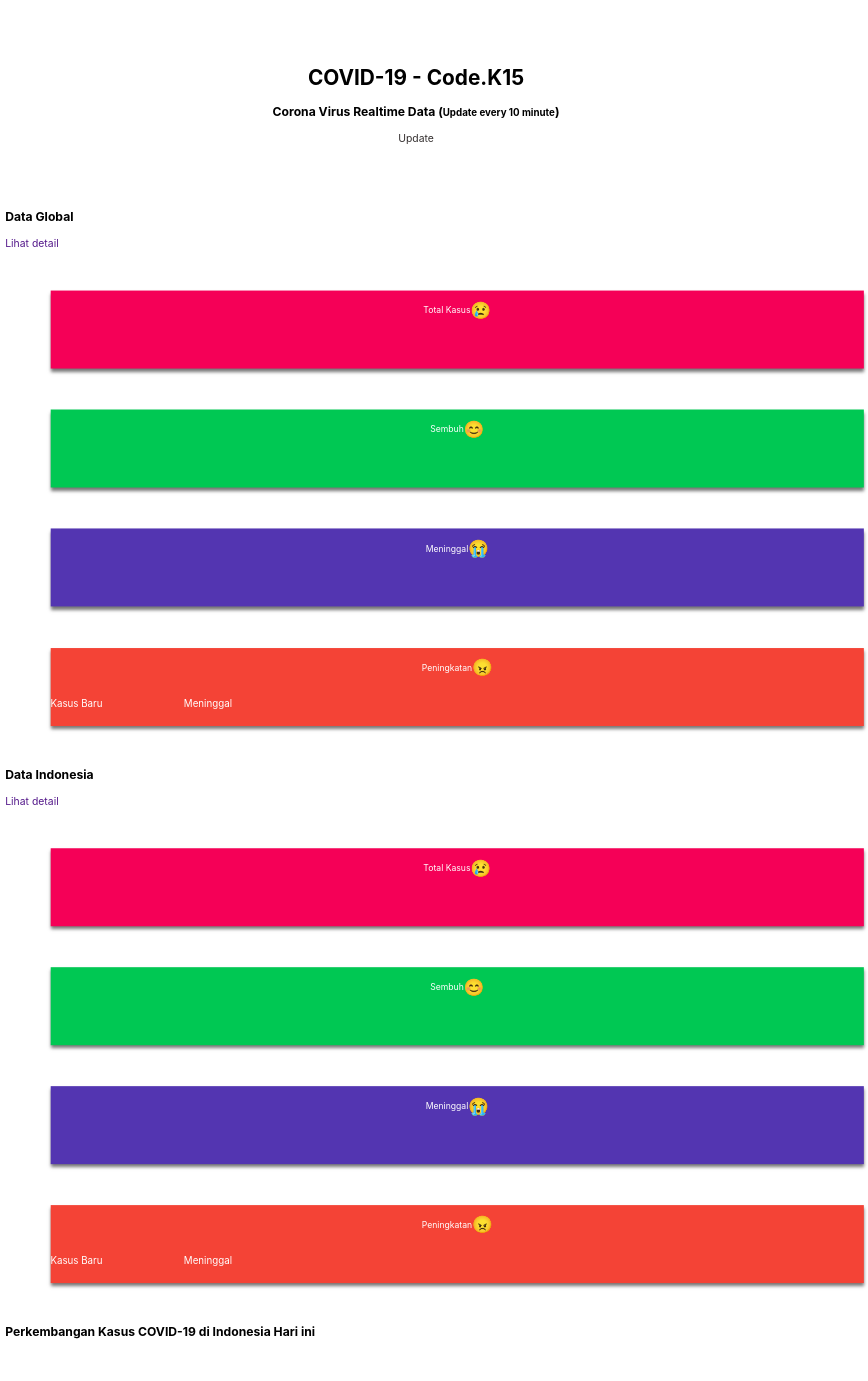
Repository: fathur15/covid19-monitoring
Page: http://localhost/covid19/apps/views/data/main/dashboard.php
An editor plug-in stored every save of this project. The page is shown before and after the next save, followed by the edit.
The browser window is 1280 px wide. The page is 1335 px wide, so the pictures cover 1335 px, including what lies to the right of the window. The pictures show the whole page, at 65% of full size.
The page is run by PHP 8.4 with error messages shown; the project is at /var/www/html/.

Above is the page before, as saved 2020-04-17 11:04:40.

After the next save:
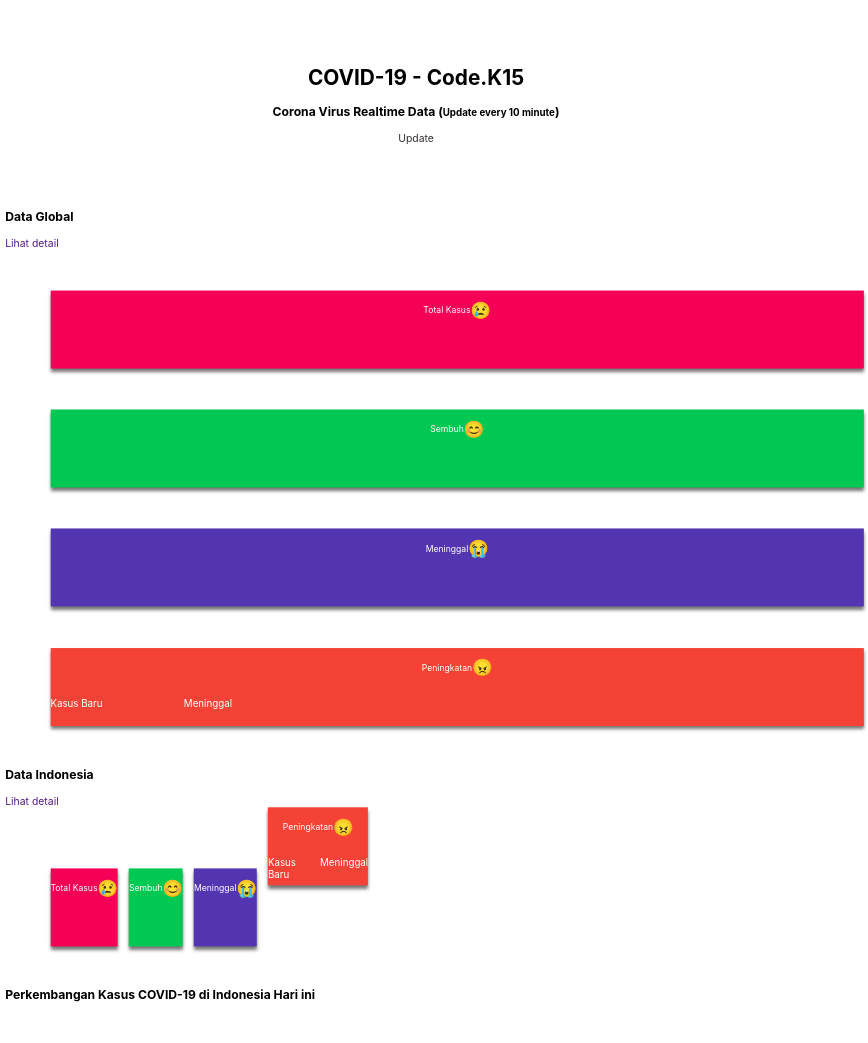
Saved 5 min 5 s later.
--- a/apps/views/data/main/dashboard.php
+++ b/apps/views/data/main/dashboard.php
@@ -94,7 +94,7 @@
                     <a style="text-decoration: none" href="">Lihat detail  <i class="fas fa-long-arrow-alt-right" aria-hidden="true"></i></a>
                 </div>
                 <div id="resumeIndonesia" class="row resume" style="width: 100%; margin: 0 5%;" >
-                    <div class="card col-md-3 shadow-box" style="background: #f50057; margin: 5% 0.5%; align-items: center; height: 120px ">
+                    <div class="card col-md-3 shadow-box" style="background: #f50057; margin: 0 0.5%; display: inline-block; align-items: center; height: 120px ">
                         <div class="card-body">
                             <div style="flex-direction: row; display: flex; justify-content: center; align-items: center">
                                 <h5 id="title-kasus-indonesia" class="card-text">Total Kasus</h5>
@@ -103,7 +103,7 @@
                             <p style="font-size: 14px" class="card-text" id="kasus-indonesia"></p>
                         </div>
                     </div>
-                    <div class="card col-md-3 shadow-box" style="background: #00c853; margin: 5% 0.5%; align-items: center; height: 120px ">
+                    <div class="card col-md-3 shadow-box" style="background: #00c853; margin: 0% 0.5%; display: inline-block; align-items: center; height: 120px ">
                         <div class="card-body">
                             <div style="flex-direction: row; display: flex; justify-content: center; align-items: center">
                                 <h5 id="title-kasus-indonesia" class="card-text">Sembuh</h5>
@@ -112,7 +112,7 @@
                             <p class="card-text" id="sembuh-indonesia"></p>
                         </div>
                     </div>
-                    <div class="card col-md-3 shadow-box" style="margin: 5% 0.5%; height: 120px;align-items: center;  background :#5335b1">
+                    <div class="card col-md-3 shadow-box" style="margin: 0% 0.5%; display: inline-block; height: 120px;align-items: center;  background :#5335b1">
                         <div class="card-body">
                             <div style="flex-direction: row; display: flex; justify-content: center; align-items: center;">
                                 <h5 id="title-kasus-indonesia" class="card-text">Meninggal</h5>
@@ -121,7 +121,7 @@
                             <p class="card-text" id="meninggal-indonesia"></p>
                         </div>
                     </div>
-                    <div class="card col-md-3 shadow-box" style="margin: 5% 0.5%; height: 120px; background: #f44336">
+                    <div class="card col-md-3 shadow-box" style="margin: 0% 0.5%; display: inline-block; height: 120px; background: #f44336">
                         <div class="card-body">
                             <div style="flex-direction: row; display: flex; justify-content: center; align-items: center;">
                                 <h5 id="title-kasus-indonesia" class="card-text">Peningkatan</h5>
